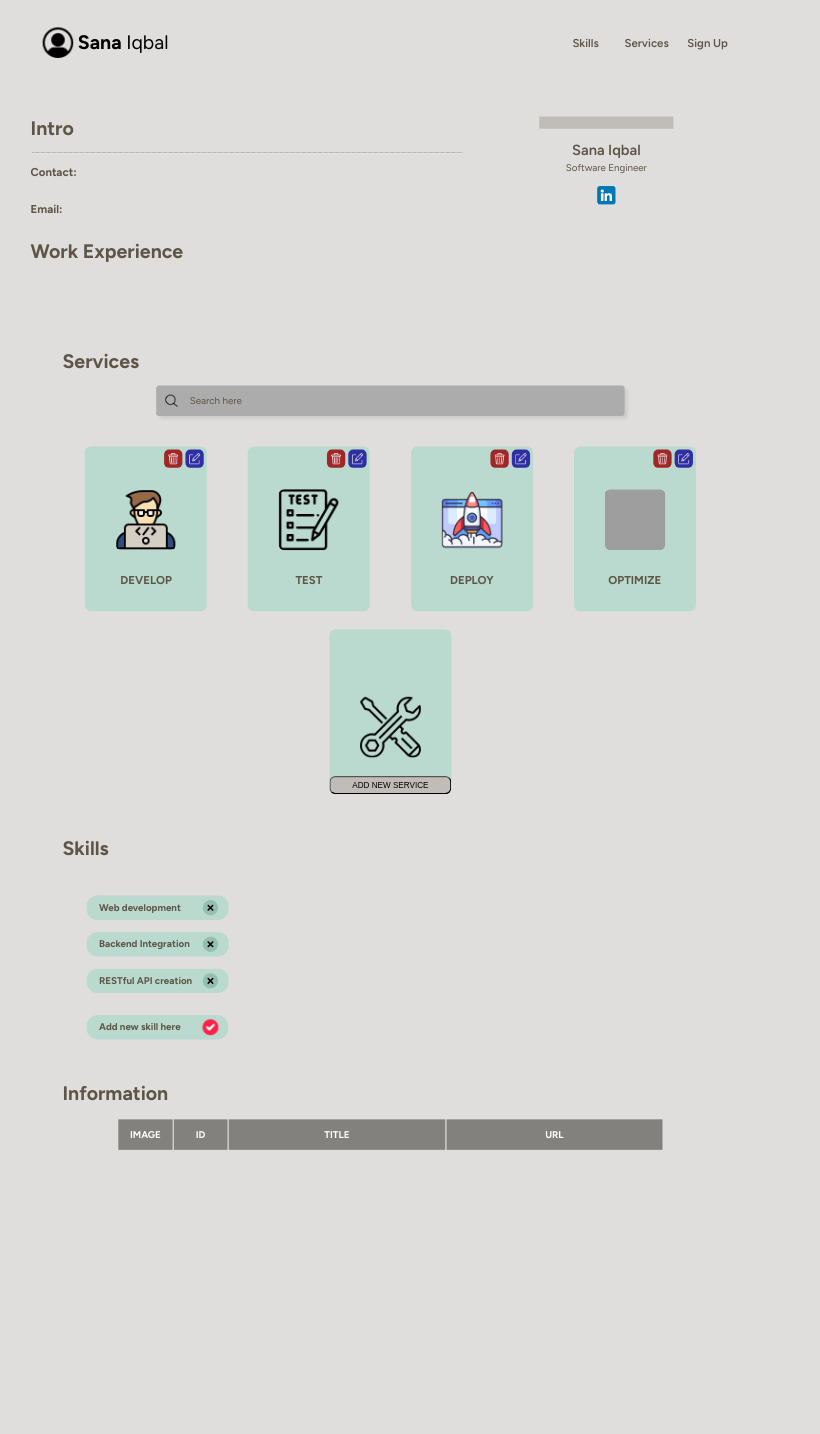
Repository: SanaIqbalDev/Portfolio
Page: portfolio.html
The author's editor kept a copy of each file at every save. The page is drawn from the files as they stood at one save, then again after the next save.
The browser window is 1280 px wide. The page is 1344 px wide, so the pictures cover 1344 px, including what lies to the right of the window. The pictures show the whole page, at 61% of full size.
Pictures or frames that could not be fetched are drawn as grey boxes. The page's requests for data from a server got no answer.

Above is the page before, as saved 2023-08-23 16:30:31.

### portfolio.html
<!DOCTYPE html>
<html lang="en">

<head>
  <meta charset="utf-8" />
  <meta name="viewport" content="width=device-width, initial-scale=1.0" />
  <title>Sana Iqbal</title>
  <link rel="preconnect" href="https://fonts.googleapis.com">
  <link rel="preconnect" href="https://fonts.gstatic.com" crossorigin>
  <link href="https://fonts.googleapis.com/css2?family=Figtree:wght@400;600;700&display=swap" rel="stylesheet">
  <link rel="stylesheet" href="styles.css" />
  <script src="js/portfolio-main.js"></script>
  <script src="js/portfolio-skills.js"></script>
  <script src="js/portfolio-form-submission.js"></script>
  <script src="js/portfolio.external-data.js"></script>
</head>

<body>
  <header>

    <div class="header-div">
      <img width="50px" height="50px" src="res/ic_login.png">
      <h1 style="font-weight: 800;">&nbspSana&nbsp</h1>
      <h1 style="font-weight: 300;">Iqbal</h1>
    </div>

    <div class="header-option-section">

      <h3 id="skillset" class="header-options">Skills</h3>
      <h3 id="services" class="header-options">Services</h3>
      <h3 id="signup" class="header-options">Sign Up</h3>
    </div>
  </header>

  <main>
    <div class="main-content">
      <div class="top-row"  style="width: 100%; display: grid;grid-template-columns: 60% 20%;grid-gap:10%;margin-bottom: -50px;">
        <div class="intro-div">
          <h1 style="margin-top: 0;">Intro</h1>
          <p id="intro-data">

          </p>

          <hr style="margin: 0;">

          <h3 class="inline-div" style=" display: inline-block;">
            Contact:</h3>
          <p id="contact-data" style=" display: inline-block;"></p>
          <br />
          <h3 class="inline-div" style="display: inline-block;">
            Email:</h3>
          <p  id="email-data" style=" display: inline-block;"></p>
        </div>
        <div id="picture">
          <img id="person" width="200px" height="auto"
            />
          <h2  id="name-data" >Sana Iqbal</h2>
          <h4 id="heading">Software Engineer</h3>
            <a id="linkedin-data" target="_blank"><img id="img-linkedin"
                src="res/linkedin.png" width="30px" height="30px"></a>
        </div>
      </div>
      <div id="details">

        <div>
          <h1 style="margin-top: 70px;">
            Work Experience</h1>
            <div id="workexp"></div>
          <!-- <h4>
            1. Apni Dukan (Ordering Application)</h4>
          <ul>
            <li>
              Developed and launched a feature-rich E-Commerce based grocery
              application for the company 24 SEVEN, catering to shopkeepers who
              want to order wholesale products in bulk for their shop.
              <pre></pre>
            </li>
            <li>
              Implemented key functionalities including Sign In, Sign Up,
              Catalog management with browsing option, Shopping cart management,
              Order checkout, Order detail, Voice Search feature, along with
              Customer status level management.
              <pre></pre>
            </li>
            <li>
              Utilized Java and Kotlin languages and Android SDK and associated
              libraries for developing robust and scalable Android application.
              <pre></pre>
            </li>
            <li>
              Employed MVVM architecture pattern to enhance code maintainability
              and separation of concerns, and ensured a seamless user experience
              with ongoing testing and debugging process.
            </li>
          </ul>
          <h4 style="margin-top: 30px;">
            2. APNI DUKAN (POS Application)</h4>
          <ul>
            <li>
              Developed application specifically for Point Of Sale devices for
              the company 24 SEVEN, to facilitate shopkeepers in the process of
              automating their daily sales and keeping track of all the orders
              and the customers.
              <pre></pre>
            </li>
            <li>
              Application is well structured to enable easy and quick order
              placement and catalog access from pos device.
              <pre></pre>
            </li>
            <li>
              Application also provide feature to show orders placed to a
              particular store from other sources along with entire order
              management process in the application
              <pre></pre>
            </li>
            <li>
              Java and Kotlin languages are used along with Android SDK and
              other libraries provided by android platform for developing a
              robust application.
            </li>
          </ul> -->
        </div>
      </div>

    </div>
    <div class="services-div">
      <h1>Services</h1>
      <div class="seach-view" id="search-view"
        style="display: flex; justify-content: flex-start;align-items: center; box-sizing: border-box;border-radius: 5px; padding: 5px; width: 60%;background-color: #adacac; box-sizing: border-box; box-shadow: 5px 5px 5px rgb(205, 205, 207); ">
        <img id="search-image" src="res/ic_search.png" style="padding: 10px; cursor: pointer;" width="20px"
          height="20px">
        <label id="search-label" style="margin-left: 10px; width: 100%;">Search here</label>
        <input id="search-input"
          style="display: none; width: 100%; font: 1em sans-serif; border: none; outline: none; background-color: transparent;"
          type="text">
      </div>
      <!-- <div id="search-dropdown" > -->

    </div>
    <div id="products-container" class="slider">
      <div id="1slider" class="slider-bg">
        <div class="item-options">
          <button class="remove-btn"><img src="res/ic_delete.png" width="18px" height="18px"></button>
          <button class="edit-btn"><img src="res/ic_edit.png" width="18px" height="18px"></button>
        </div>
        <div id="develop" class="slider-item">
          <img src="res/ic_develop.png">
          <h3 class="item-title">DEVELOP</h3>
        </div>
      </div>

      <div id="2slider" class="slider-bg">
        <div class="item-options">
          <button class="remove-btn"><img src="res/ic_delete.png" width="18px" height="18px"></button>
          <button class="edit-btn"><img src="res/ic_edit.png" width="18px" height="18px"></button>
        </div>
        <div id="test" class="slider-item">
          <img src="res/ic_test.png">
          <h3 class="item-title">TEST</h3>
        </div>
      </div>

      <div id="3slider" class="slider-bg">
        <div class="item-options">
          <button class="remove-btn"><img src="res/ic_delete.png" width="18px" height="18px"></button>
          <button class="edit-btn"><img src="res/ic_edit.png" width="18px" height="18px"></button>
        </div>
        <div id="deploy" class="slider-item">
          <img src="res/ic_deploy.png">
          <h3 class="item-title">DEPLOY</h3>
        </div>
      </div>

      <div id="4slider" class="slider-bg">
        <div class="item-options">
          <button class="remove-btn"><img src="res/ic_delete.png" width="18px" height="18px"></button>
          <button class="edit-btn"><img src="res/ic_edit.png" width="18px" height="18px"></button>
        </div>
        <div id="optimize" class="slider-item">
          <img src="res/ic_optimize.png">
          <h3 class="item-title">OPTIMIZE</h3>

        </div>
      </div>

      <div id="add-item-div" class="slider-bg">
        <div class="slider-item">
          <img src="res/ic_addItem.png">
        </div>
        <button id="add-item" class="add-new-item">ADD NEW SERVICE</button>

      </div>
    </div>
    </div>


    <div id="skills-div" class="skills-div">
      <h1>Skills</h1>
      <div style="width: 84%; display: block;">
        <div id="skill-items" class="skill-items">
          <ul id="skill-list">
          </ul>
          <div class="add-skill-item">
            <label id="add-skill-label" class="title-skill">Add new skill here</label>
            <input id="add-skill-input" class="add-skill" type="text" placeholder="Add Skill" value=""
              style="display: none; font: 1em sans-serif; border: none; outline: none; background-color: #badacf;">

            <button id="add-skill-btn"><img src="res/ic_add.png" width="30px" height="30px"
                style="transition: filter 0.3s ease;box-sizing: border-box; padding: 2px;"></button>

          </div>
        </div>
      </div>

    </div>

    <div class="external-data-div">
      <h1>Information</h1>
      <table class="info-table" style="width: 70%;">
        <tr style="height: 50px; width: 100%;">
          <th class="image-id-cell" style=" background-color: #83817e; color: white;">IMAGE</th>
          <th class="image-id-cell" style=" background-color: #83817e;  color: white;">ID</th>
          <th style=" background-color: #83817e; color: white; width: 40%;">TITLE</th>
          <th style="width: 40%;background-color: #83817e; color: white;">URL</th>
        </tr>
      </table>
      <div class="table-container">
        <table id="info-table" class="info-table">
        </table>
      </div>

    </div>

    <div id="signupModal" class="signup-modal">
      <div class="modal-content">
        <h2>Fill your information</h2>

        <form id="submit-form" action="">
          <section>
            <input id="name" class="input-field" type="text" placeholder="Name" value="">
            <input id="email" class="input-field" placeholder="Email" value="">
            <input id="password" class="input-field" type="password" placeholder="Password (atleast 6 characters)"
              value="">
          </section>

          <div
            style="display: flex; justify-content: center;max-height: 50px;height: 50px; margin-top: 50px; margin-left: auto; margin-right: auto;">
            <button id="submit" type="submit">SUBMIT</button>
            <div id="loading" class="spinner"></div>
          </div>
        </form>
      </div>
    </div>
    <div id="productDesc" class="product-modal">
      <div id="product-content" class="product-content">
        <img id="product-img" src="res/ic_develop.png" width="100px" height="100px">
        <h2 id="product-title" style="margin-top: 30px;">TITLE</h2>
        <p id="product-description" style="margin-top: 30px;">We are a dedicated and proficient website development
          service provider, committed to crafting impactful
          online solutions for businesses across diverse industries.
          With a team of skilled developers, designers, and digital strategists, we offer comprehensive website
          development services that transcend mere online presence.<br /><br />

          Our approach begins by understanding your unique business objectives and target audience. Leveraging
          cutting-edge technologies and industry best practices, we meticulously
          design and develop websites that are not only visually stunning but also functionally robust. <br /><br />

          From responsive designs that adapt seamlessly to different devices to user-friendly
          interfaces that enhance engagement, we ensure every element contributes to an exceptional user experience.
          <br />
        </p>
      </div>
    </div>

    <!-- Edit Form Modal -->
    <div id="editModal" class="edit-modal">
      <div class="edit-content">
        <form id="service-info-form" action="">
          <section class="input-section">
            <img id="imagePreview" src="" alt="Selected Image" style="width: 110px; height: 110px;">
            <input id="edit-img" class="input-field" type="file" value="">
            <input id="edit-title" class="input-field" class="input-field" type="text" placeholder="Add service title"
              value="">
            <textarea id="edit-description" class="input-field"
              style=" width: 90%; min-height: 120px;height: auto;overflow: auto;white-space: wrap;font-family: 'Figtree', sans-serif;">This is a long piece of text that will wrap inside the textarea element.</textarea>
            <button id="submit-edit-info" type="submit">SUBMIT</button>
          </section>
        </form>
      </div>
    </div>

    <div id="edit-modal-alert">
      <div id="successModal" class="alert-modal">
        <img id="alert-icon" src="res/ic_success.png" width="50px" height="50px">
        <h2 id="alert-message">Data has been sent successfully</h2>
      </div>
    </div>
  </main>

</body>

</html>

Loaded but not shown: js/portfolio-main.js (592 lines, source omitted); js/portfolio-form-submission.js (112 lines, source omitted); js/portfolio-skills.js (122 lines, source omitted); js/portfolio.external-data.js (53 lines, source omitted); styles.css (811 lines, source omitted)

After the next save:
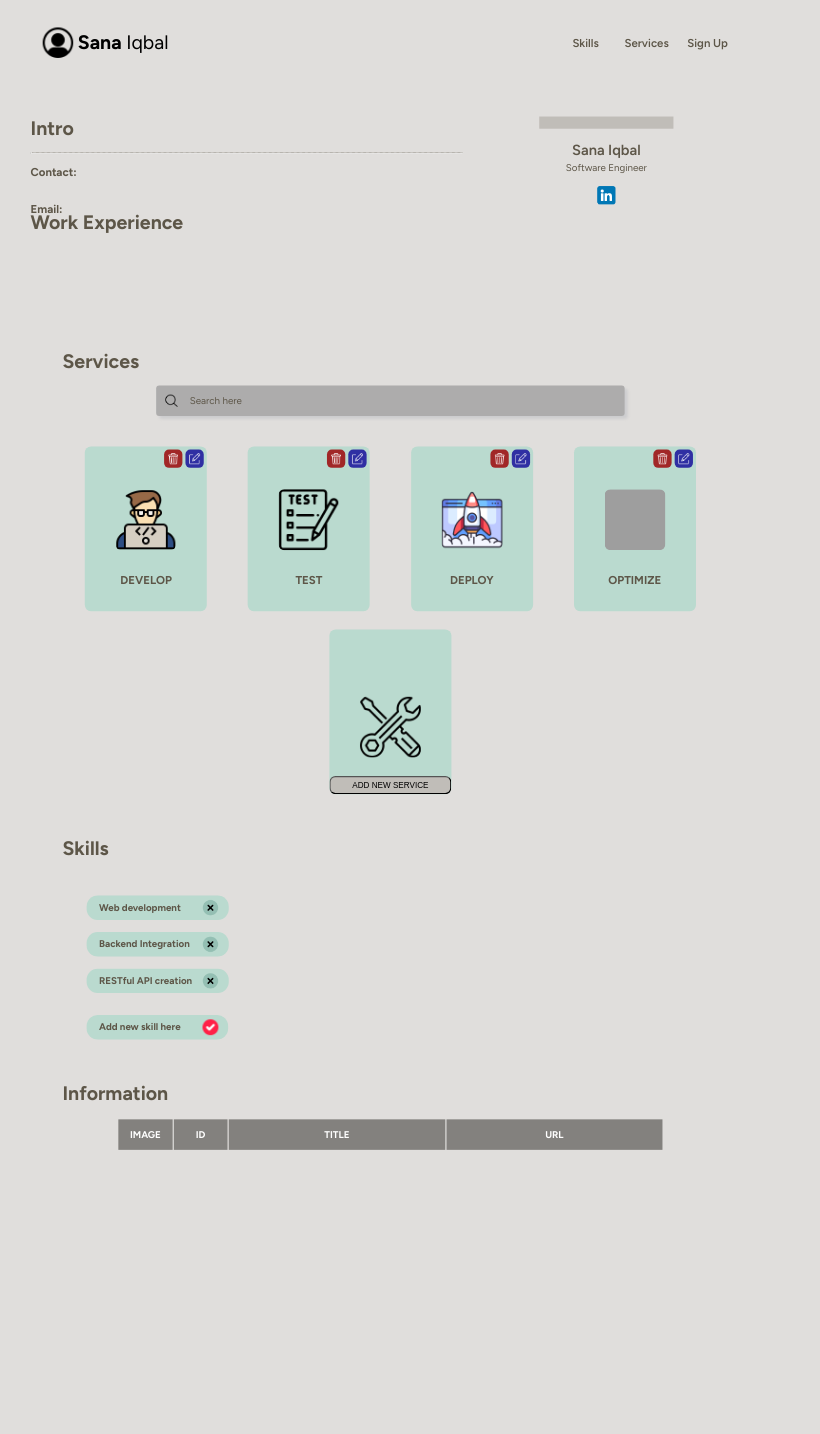
Saved 79 s later.
--- a/portfolio.html
+++ b/portfolio.html
@@ -63,7 +63,7 @@
       <div id="details">
 
         <div>
-          <h1 style="margin-top: 70px;">
+          <h1 style="margin-bottom: 70px;">
             Work Experience</h1>
             <div id="workexp"></div>
           <!-- <h4>
